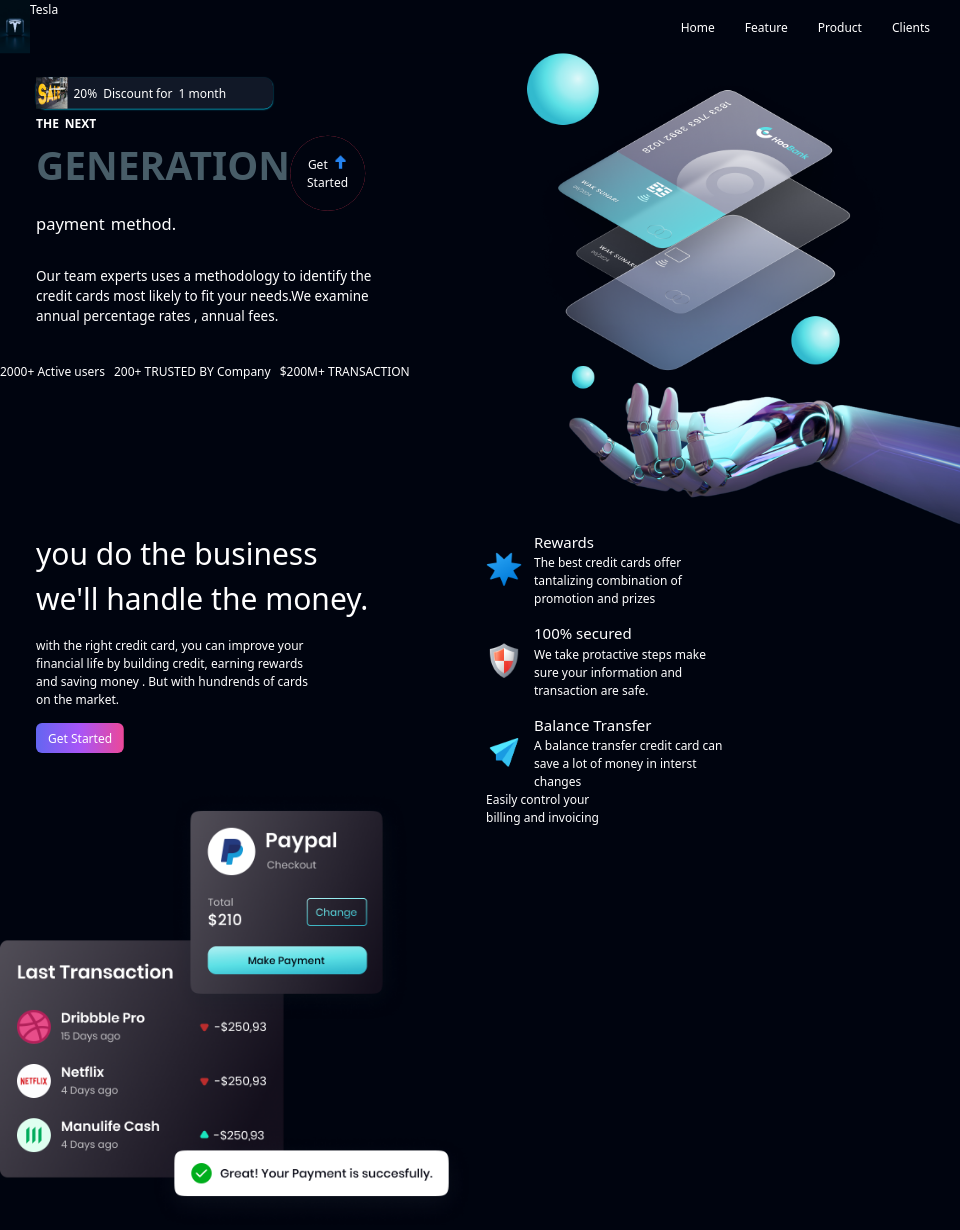
Repository: huuzey/nextjs-one-page
Page: /
An editor plug-in stored every save of this project. The page is shown before and after the next save, followed by the edit.
The browser window is 1280 px wide. The pictures show the whole page, at 75% of full size.
The project was rebuilt for these pictures with package versions that can differ from the ones it lists, and the page was loaded fresh each time. The framework's server and built-in components were replaced by stand-ins that run in the browser. Also part of the build but not shown: next.config.js.

Above is the page before, as saved 2022-12-17 13:02:02.

### pages/index.js
import React from "react";
import Navbar from "../components/Navbar";
import Hero from "../components/Hero";
import Business from "../components/Business";
import Billing from "../components/Billing";

const index = () => {
  // animate on scroll initialization
  return (
    <div className="bg-primary w-full overflow-x-hidden	 ">
      <Navbar className="" />
      <Hero />
      <Business />
      <Billing />
    </div>
  );
};

export default index;

### components/Navbar.js
import React, { useState } from "react";
import { logo } from "../src/assets";
import Image from "next/image";
import Head from "next/head";
import AOS from "aos";
import "aos/dist/aos.css";
import { menu, close } from "../src/assets";
const Navbar = () => {
  const [toggle, settoggle] = useState(false);
  return (
    <div className="">
      <div className=" justify-between sticky top-0   bg-primary text-white   flex items-center">
        <div className="flex">
          <Image src={logo} width={40} height={2} alt="logo of tesla"></Image>
          <p className="text-bold">Tesla</p>
        </div>
        <div className="hidden lg:flex px-5  ">
          <p className="px-5">Home</p>
          <p className="px-5">Feature</p>
          <p className="px-5">Product</p>
          <p className="px-5">Clients</p>
        </div>
        <div className="absolute text-white lg:hidden sm:flex-col md:flex-col right-3 top-2">
          <Image
            src={toggle ? close : menu}
            className="w-[12px] bg-white h-[12px]"
            onClick={() => settoggle((prev) => !prev)}
          ></Image>
          <div className={`${toggle ? "visible" : "hidden"} `}>
            <p className="pb-1">Home</p>
            <p className="pb-1">Feature</p>
            <p className="pb-1">Product</p>
            <p className="pb-1">Clients</p>
          </div>
        </div>
      </div>
    </div>
  );
};

export default Navbar;

### components/Hero.js
import React from "react";
import Image from "next/image";
import { discount, robot } from "../src/assets";
import GetStarted from "./GetStarted";

const Hero = () => {
  return (
    <div className="lg:columns-2 sm:columns-1 md:columns-1">
      <div className="text-white font-poppins bg-gray-900 first:justify-start  w-[50%] rounded-xl shadow-sm shadow-cyan-500 flex flex-row mt-8 ml-12 items-center justify-center">
        <Image
          src={discount}
          alt="discount"
          className=" mr-2 w-[42px] h-[42px] "
        ></Image>
        <span className=" mr-2">20%</span>
        <span className=" mr-2">Discount for</span>

        <span className="text-bold  mr-2"> 1 month</span>
      </div>
      <div className="text-white justify-between mb-12 ml-12">
        <div className="flex mt-2">
          <h1 className="mr-2 font-semibold font-poppins  mb-1">THE</h1>
          <h1 className="mr-4 m2-4 font-semibold font-poppins ">NEXT</h1>
        </div>
        <div className="flex">
          <h1 className="text-secondary font-semibold font-poppins  text-gradient  ml-0 mb-1 text-[52px] ss:text-[72px]">
            GENERATION
          </h1>
          <div className="sm:hidden md:flex ">
            <GetStarted />
          </div>
        </div>
        <div className="flex">
          <h1 className="mb-5 mr-2 text-[22px]  ">payment</h1>
          <span className="mb-5 text-[22px]">method.</span>
        </div>
        <div className="max-w-[470px] mt-5 font-poppins text-dimwhite text-[18px] ">
          <p>
            Our team experts uses a methodology to identify the credit cards
            most likely to fit your needs.We examine annual percentage rates ,
            annual fees.
          </p>
        </div>
      </div>
      <div className="flex text-white   ">
        <div className="">
          2000+ <span className="text-gradient  mr-3 "> Active users</span>
        </div>
        <div>
          200+ <span className="text-gradient  mr-3"> TRUSTED BY Company</span>
        </div>
        <div>
          $200M+ <span className="text-gradient  mr-3"> TRANSACTION</span>
        </div>
      </div>

      <div>
        <Image
          src={robot}
          alt="billing"
          className=" w-[100%]  h-[100%]"
        ></Image>
      </div>
      <div className="sm:flex md:hidden ">
        <GetStarted />
      </div>
    </div>
  );
};

export default Hero;

### components/Business.js
import Image from "next/image";
import React from "react";
import { star, send, sheild } from "../src/assets";
const Business = () => {
  return (
    <div className="md:columns-2 sm:columns-1 ">
      <div className="ml-12 flex flex-col  text-white">
        <h1 className="md:text-[40px] sm:text-[30px]">
          you do the business
          <br />
          we'll handle the money.
        </h1>
        <p className="max-w-[370px] mt-5">
          with the right credit card, you can improve your financial life by
          building credit, earning rewards and saving money . But with hundrends
          of cards on the market.
        </p>
        <div className="mt-5">
          <button className="bg-gradient-to-r from-indigo-500 via-purple-500 to-pink-500 py-2 rounded-lg  hover:from-pink-500 hover:to-yellow-500 px-4">
            Get Started
          </button>
        </div>
      </div>
      <div className="sm:mt-4">
        <div className="flex hover:bg-gray-800 rounded-xl w-[50%] mb-5 text-white">
          <Image src={star} className="mr-4 object-contain"></Image>
          <div>
            <h1 className="text-[20px] text-dimwhite">Rewards</h1>
            <p className="max-w-[300px]">
              The best credit cards offer tantalizing combination of promotion
              and prizes
            </p>
          </div>
        </div>
        <div className="flex hover:bg-gray-800 rounded-xl w-[50%] mb-5 text-white">
          <Image src={sheild} className="mr-4 object-contain"></Image>
          <div>
            <h1 className="text-[20px] text-dimwhite">100% secured</h1>
            <p className="max-w-[300px]">
              We take protactive steps make sure your information and
              transaction are safe.
            </p>
          </div>
        </div>
        <div className="flex hover:bg-gray-800 rounded-xl w-[50%] mb-5 text-white">
          <Image src={send} className="mr-4 object-contain"></Image>
          <div>
            <h1 className="text-[20px] text-dimwhite">Balance Transfer</h1>
            <p className="max-w-[300px]">
              A balance transfer credit card can save a lot of money in interst
              changes
            </p>
          </div>
        </div>
      </div>
    </div>
  );
};

export default Business;

### components/Billing.js
import Image from "next/image";
import React from "react";
import { bill } from "../src/assets";

const Billing = () => {
  return (
    <div className="sm:columns-1 md:columns-2">
      <div>
        <Image src={bill}></Image>
      </div>
      <div className="mt-9">
        <h1 className="text-white">
          Easily control your
          <br /> billing and invoicing
        </h1>
      </div>
    </div>
  );
};

export default Billing;

### src/assets/index.js
import airbnb from "./airbnb.png";
import bill from "./bill.png";
import binance from "./binance.png";
import card from "./card.png";
import coinbase from "./coinbase.png";
import dropbox from "./dropbox.png";
import logo from "./logo.jpg";
import quotes from "./quotes.svg";
import robot from "./robot.png";
import send from "./Send.png";
import star from "./Star.png";
import menu from "./menu.png";
import close from "./close.png";
import google from "./google.jpg";
import apple from "./apple.png";
import arrowUp from "./arrow-up.png";
import discount from "./Discount.jpg";
import facebook from "./facebook.jpg";
import instagram from "./instagram.jpg";
import linkedin from "./linkedin.jpg";
import twitter from "./twitter.jpg";
import people01 from "./people01.png";
import people02 from "./people02.png";
import people03 from "./people03.png";
import sheild from "./sheild.png";

export {
  sheild,
  airbnb,
  bill,
  binance,
  card,
  coinbase,
  dropbox,
  logo,
  quotes,
  robot,
  send,
  star,
  menu,
  close,
  google,
  apple,
  arrowUp,
  discount,
  facebook,
  instagram,
  linkedin,
  twitter,
  people01,
  people02,
  people03,
};

### components/GetStarted.js
import Image from "next/image";
import React from "react";
import { arrowUp } from "../src/assets";

const GetStarted = () => {
  return (
    <div className="rounded-full flex justify-center items-center bg-rose-500 w-[100px] h-[100px]">
      <div className="rounded-full flex flex-col justify-center items-center bg-primary w-[100%] h-[100%] ">
        <div className="flex ">
          <p className="mr-2 text-gradient">Get</p>
          <Image src={arrowUp} className=" w-[18px] h-[18px]"></Image>
        </div>
        <p className=" text-gradient">Started</p>
      </div>
    </div>
  );
};

export default GetStarted;

### tailwind.config.js
/** @type {import('tailwindcss').Config} */
module.exports = {
  content: [
    "./src/**/*.{html,js}",
    "./pages/**/*.{js,ts,jsx,tsx}",
    "./components/**/*.{js,ts,jsx,tsx}",
  ],
  theme: {
    fontFamily: {
      primary: "Open Sans",
      secondary: "Lato",
    },
    container: {
      padding: {
        DEFAULT: "1rem",
        lg: "0",
      },
    },
    screens: {
      sm: "380px",
      md: "768px",
      lg: "1024px",
      xl: "1170px",
    },
    extend: {
      colors: {
        primary: "#00040f",
        secondary: "#485D68",
        accent: {
          primary: "#9C69E2",
          primary_hover: "#9059DB",
          secondary: "#F063B8",
          secondary_hover: "#E350A9",
          tertiary: "#68C9BA",
        },
      },
      backgroundImage: {
        hero: "url('../src/assets/img/hero_bg.png')",
      },
      dropShadow: {
        primary: " 0px 5px 5px rgba(75, 93, 104, 0.1)",
      },
    },
  },
  plugins: [],
};

Loaded but not shown: pages/_app.js (common file); styles/globals.css (common file)

After the next save:
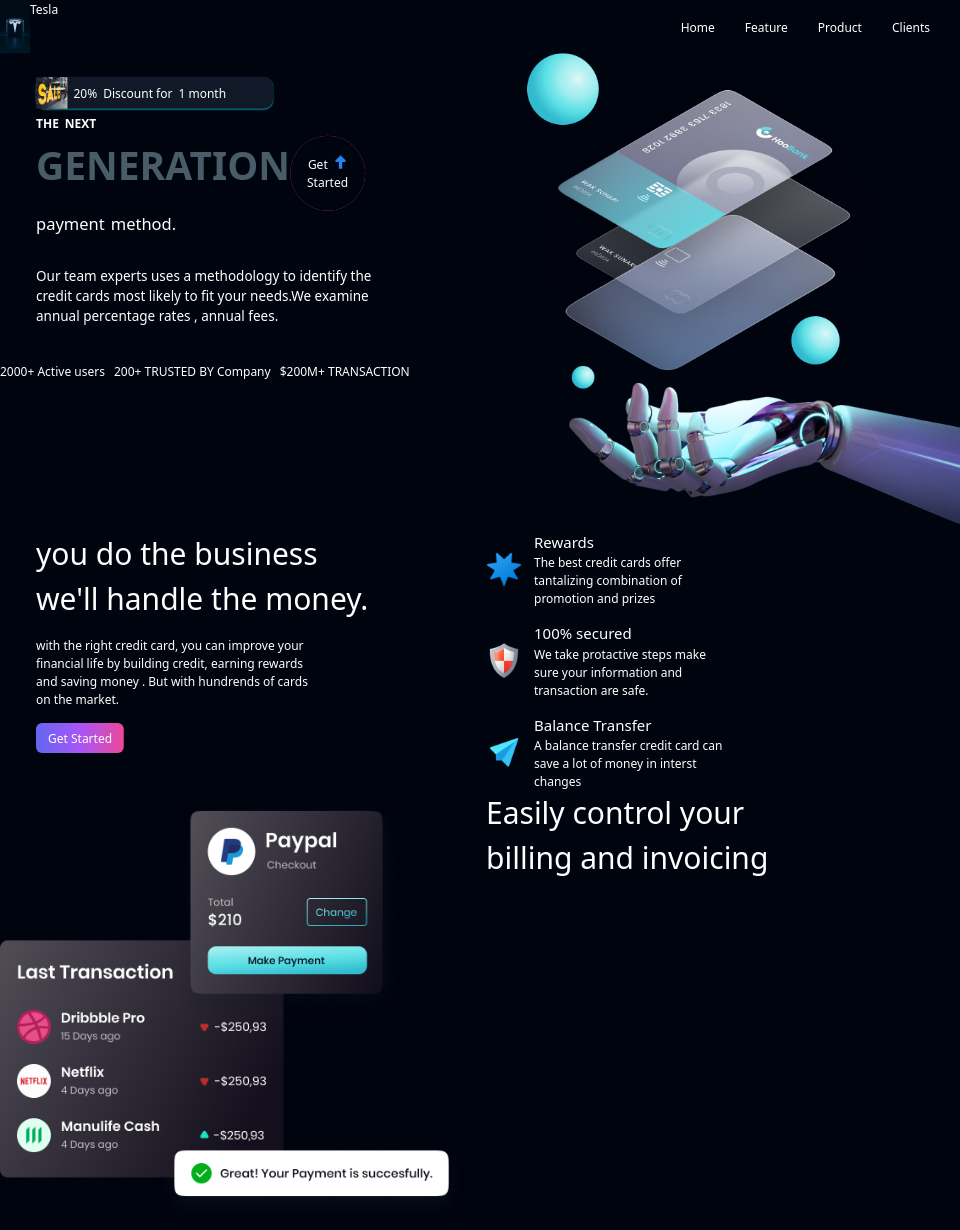
Saved 50 s later.
--- a/components/Billing.js
+++ b/components/Billing.js
@@ -9,7 +9,7 @@
         <Image src={bill}></Image>
       </div>
       <div className="mt-9">
-        <h1 className="text-white">
+        <h1 className="text-white text-[40px]">
           Easily control your
           <br /> billing and invoicing
         </h1>
